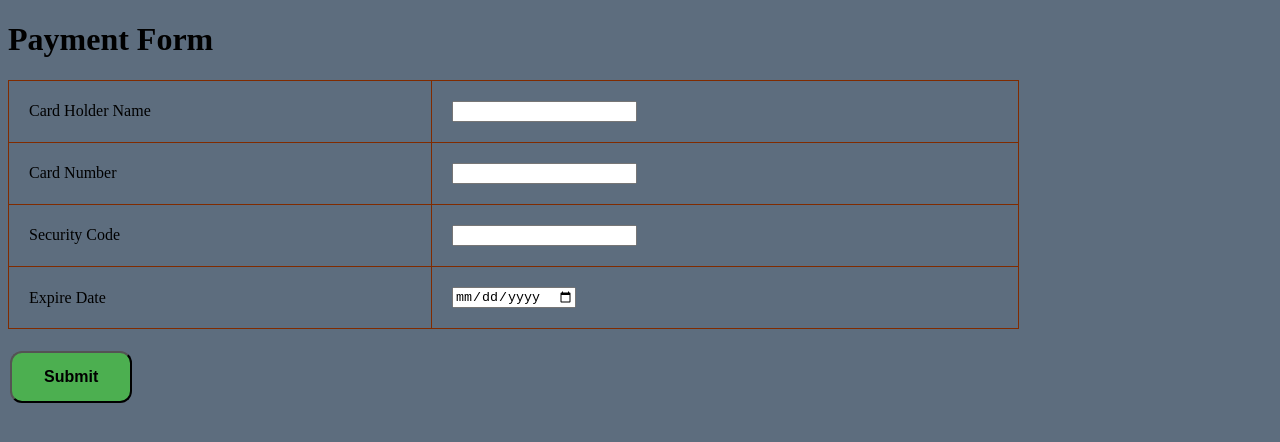
Repository: sandeepa9803/OOP---Online-Travel-web-application
Page: http://localhost/PaymentNew/paymentInfo.jsp
These files come from the project's save history. The page is drawn as it stood at one moment and after the next save; the edit follows.
The browser window is 1280 px wide. The pictures show the whole page.
The page is served by Tomcat 9.

Above is the page before, as saved 2021-10-11 17:37:09.

After the next save:
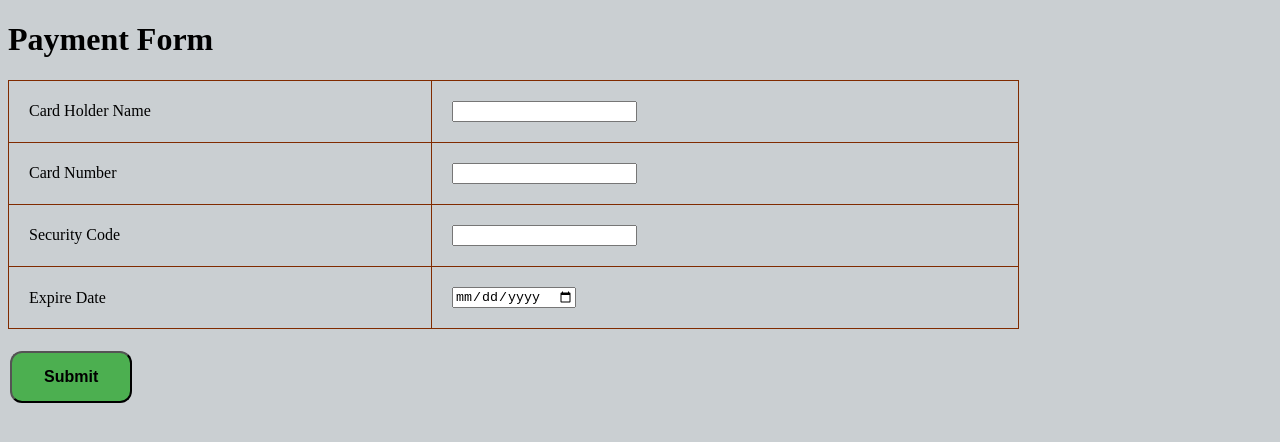
Saved 2 min 21 s later.
--- a/PaymentNew/WebContent/paymentInfo.jsp
+++ b/PaymentNew/WebContent/paymentInfo.jsp
@@ -42,7 +42,7 @@
 }
 
 body {
-background-color:#5D6D7E}
+background-color:#CACFD2 }
 
 
 </style>

After the save that followed:
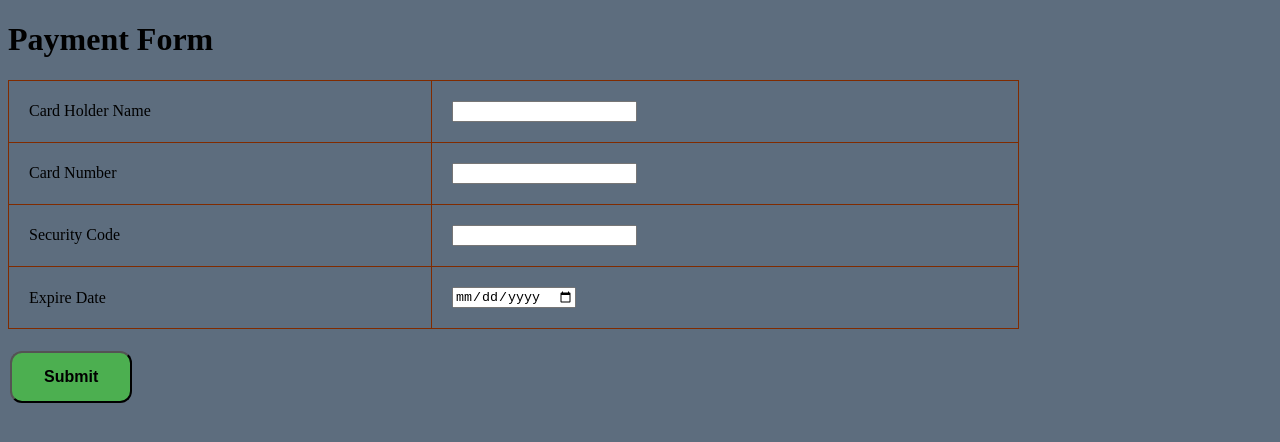
Saved 49 s later.
--- a/PaymentNew/WebContent/paymentInfo.jsp
+++ b/PaymentNew/WebContent/paymentInfo.jsp
@@ -42,7 +42,7 @@
 }
 
 body {
-background-color:#CACFD2 }
+background-color:#5D6D7E  }
 
 
 </style>
